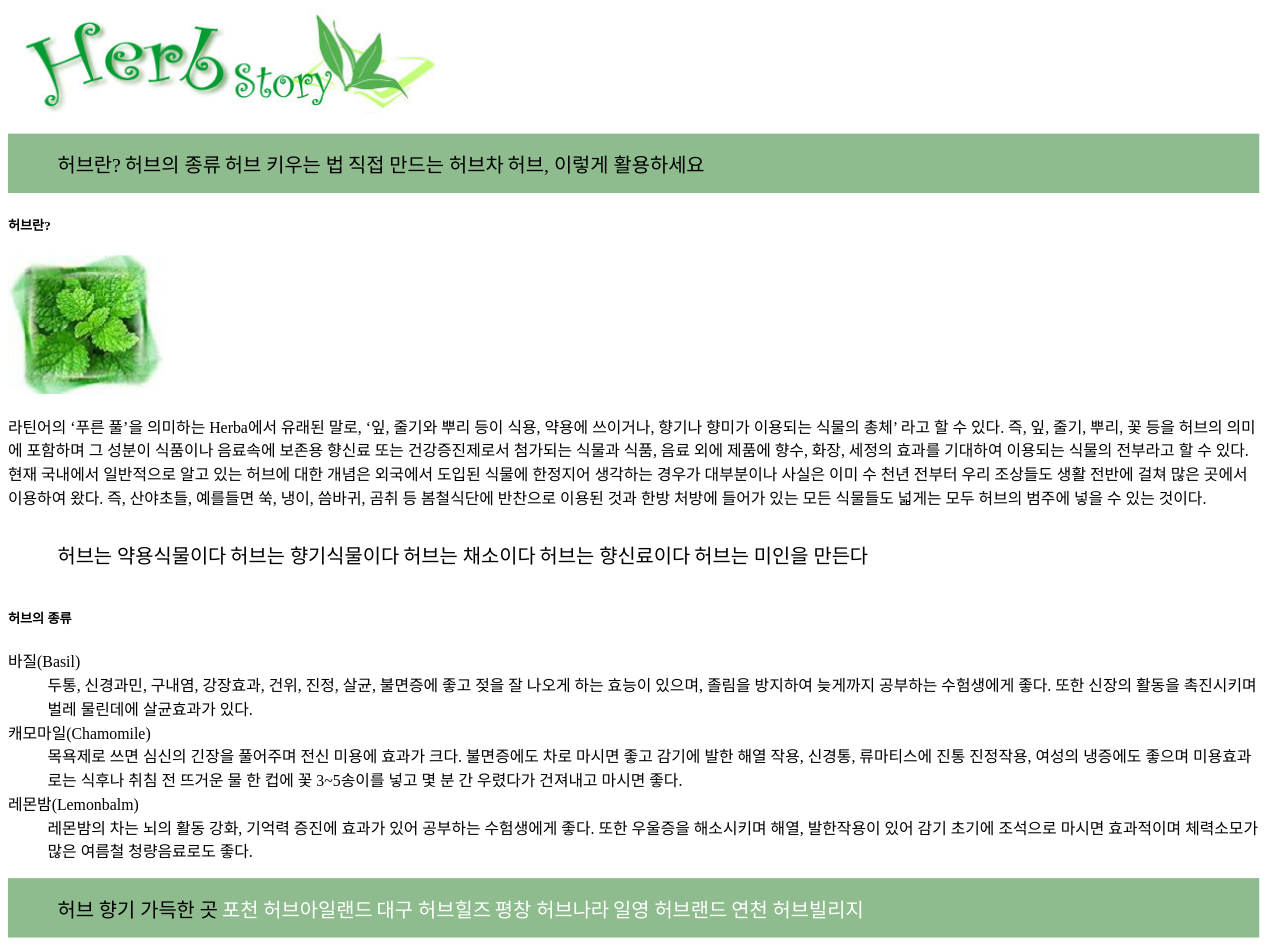
Repository: WonSeungUn/VSCODE
Page: web_work/CSS/WebContent/layout.htm
An editor plug-in stored every save of this project. The page is shown before and after the next save, followed by the edit.
The browser window is 1280 px wide. The pictures show the whole page, at 99% of full size.

Above is the page before, as saved 2024-07-09 07:51:49.

After the next save:
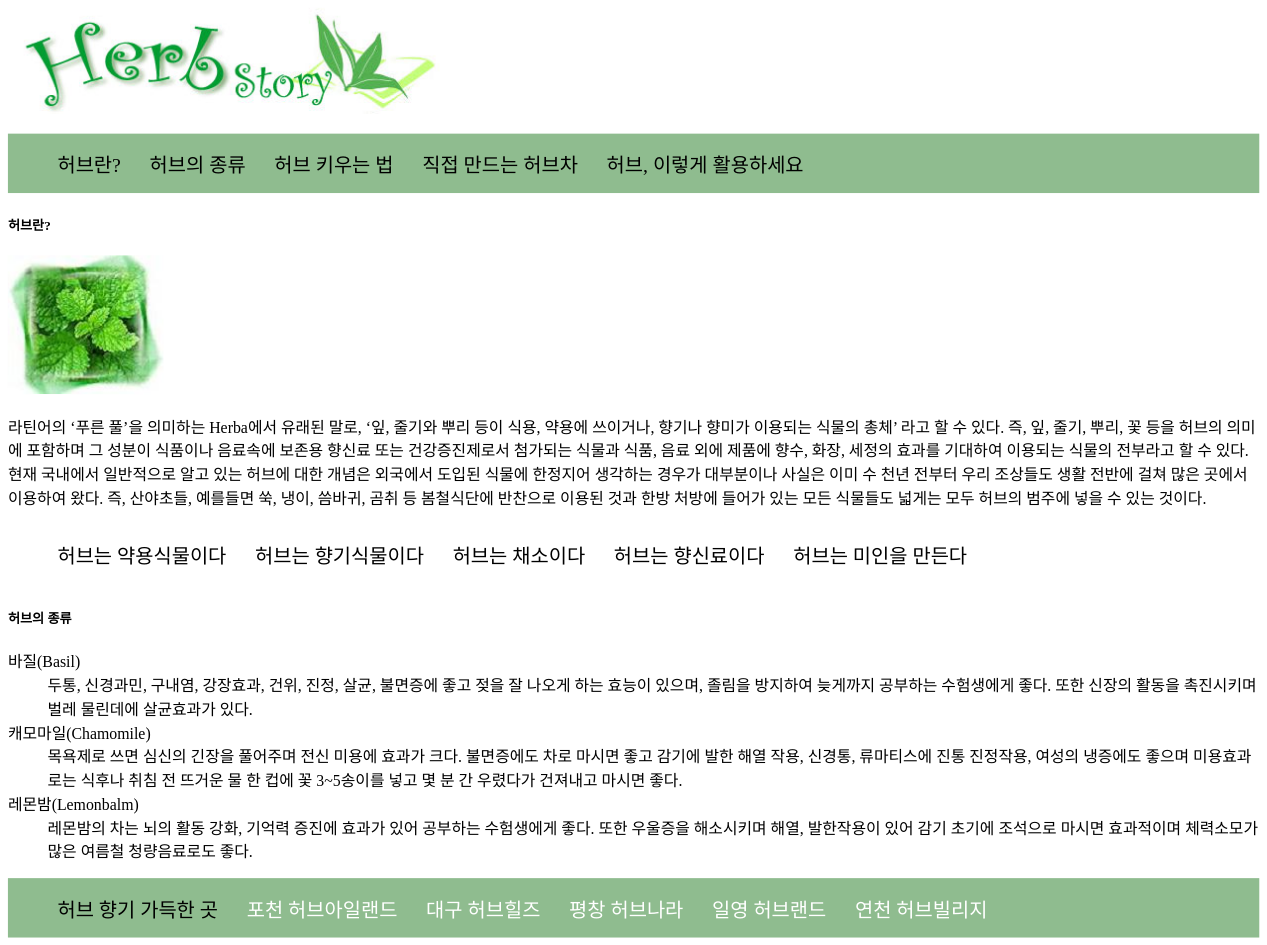
Saved 17 s later.
--- a/web_work/CSS/WebContent/layout.htm
+++ b/web_work/CSS/WebContent/layout.htm
@@ -12,6 +12,7 @@
 	li {
 		display: inline;
 		font-size: 20px;
+		margin-right : 25px;
 	}
 
 	a {
